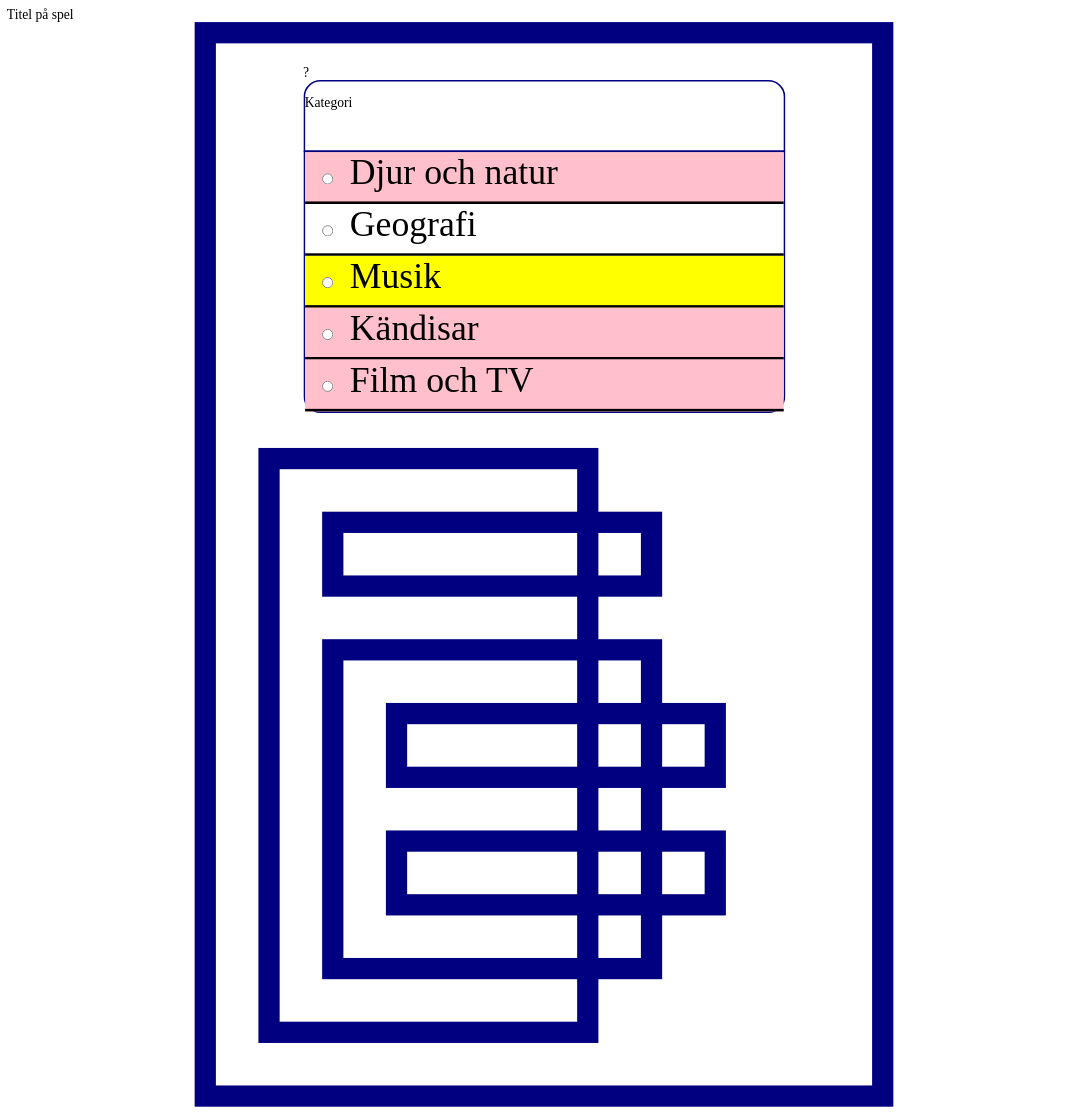
Repository: ed222gg/project2
Page: pages/start.html
The author's editor kept a record of every edit. The page is drawn from the files as they stood at one moment, then again after the next edit.
The browser window is 1280 px wide. The pictures show the whole page, at 85% of full size.

Above is the page before.

After the next edit:
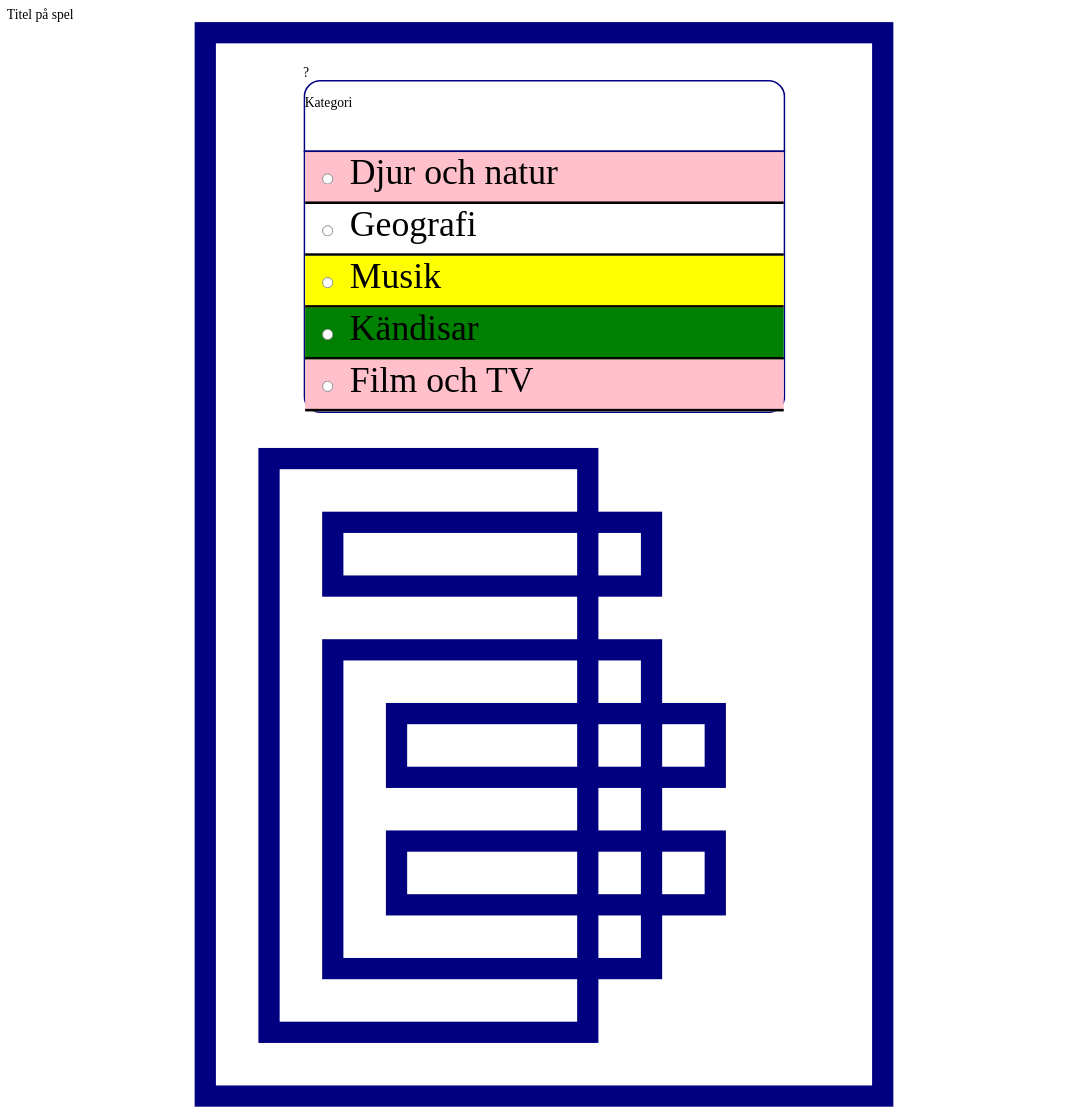
The edit:
--- a/css/style.css
+++ b/css/style.css
@@ -111,7 +111,7 @@
 }
 
 #li3{
-background-color:pink;
+background-color:green;
 border-bottom-style: solid;
 }
 #li4{
